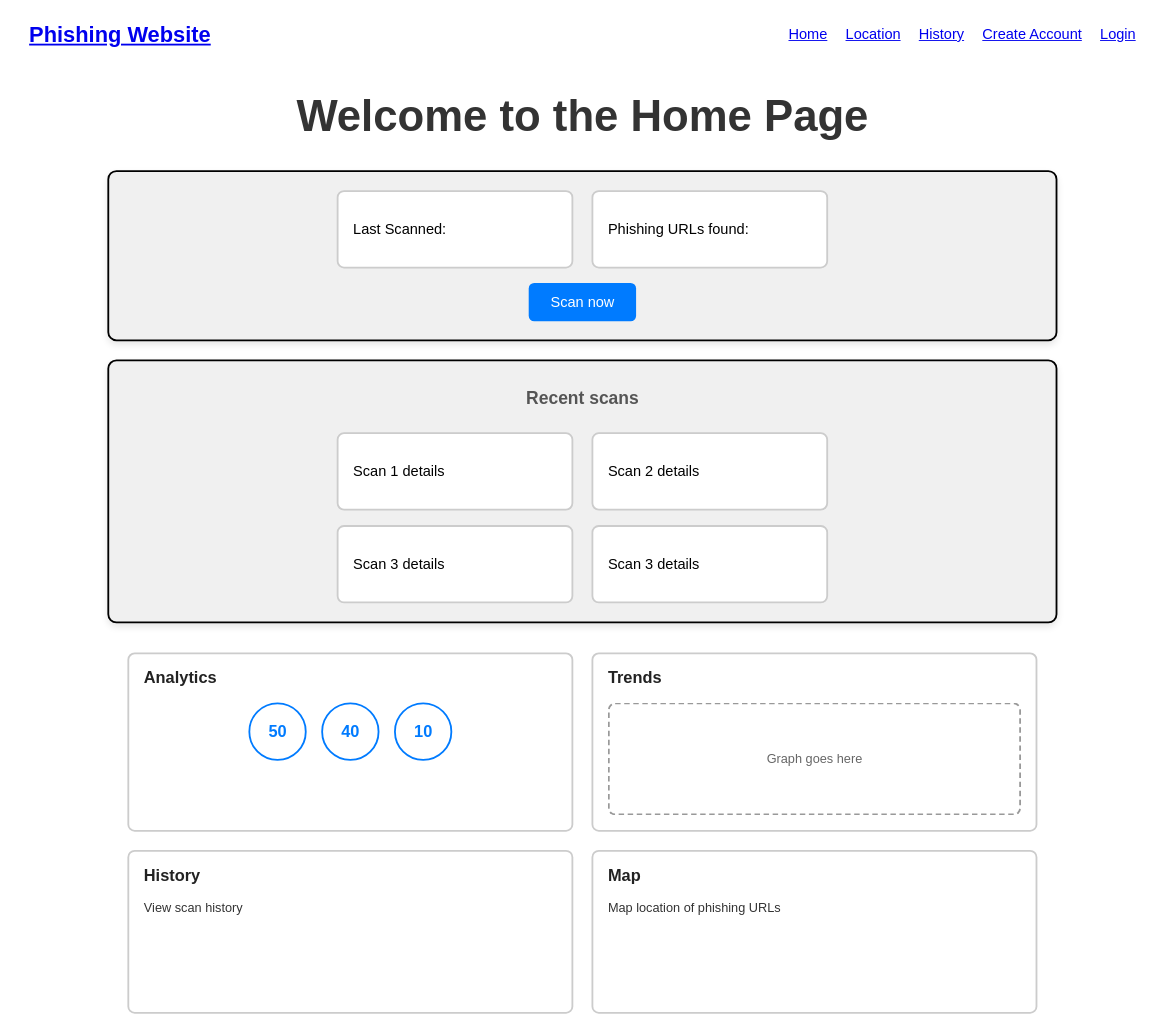
Repository: 2305199/Final-year-project
Page: / (app in frontend/)
The author's editor kept a copy of each file at every save. The page is drawn from the files as they stood at one save, then again after the next save.
The browser window is 1280 px wide. The pictures show the whole page, at 91% of full size.
The project was rebuilt for these pictures with package versions that can differ from the ones it lists, and the page was loaded fresh each time. Also part of the build but not shown: frontend/vite.config.js, frontend/src/Location/Location.jsx, frontend/src/History/History.jsx, frontend/src/User/CreateAccount.jsx, frontend/src/User/Login.jsx.

Above is the page before, as saved 2026-01-29 02:24:05.

After the next save:
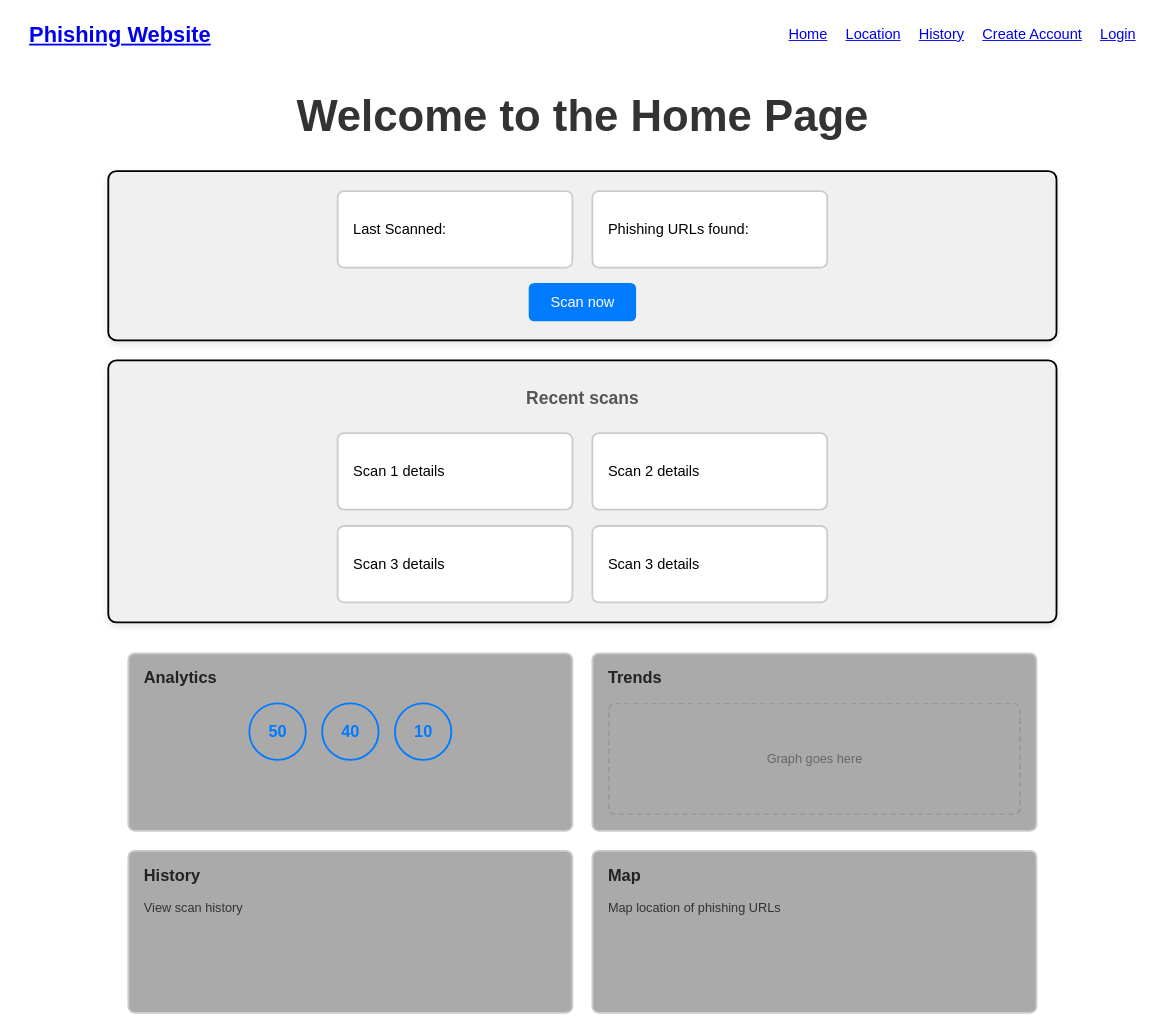
Saved 16 s later.
--- a/frontend/src/Home/Home.module.css
+++ b/frontend/src/Home/Home.module.css
@@ -100,7 +100,7 @@
 .panel {
   border: 2px solid #ccc;
   border-radius: 8px;
-  background-color: #ffffffa0;
+  background-color: #7a7878a0;
   padding: 16px;
   min-height: 180px;
   box-sizing: border-box;
